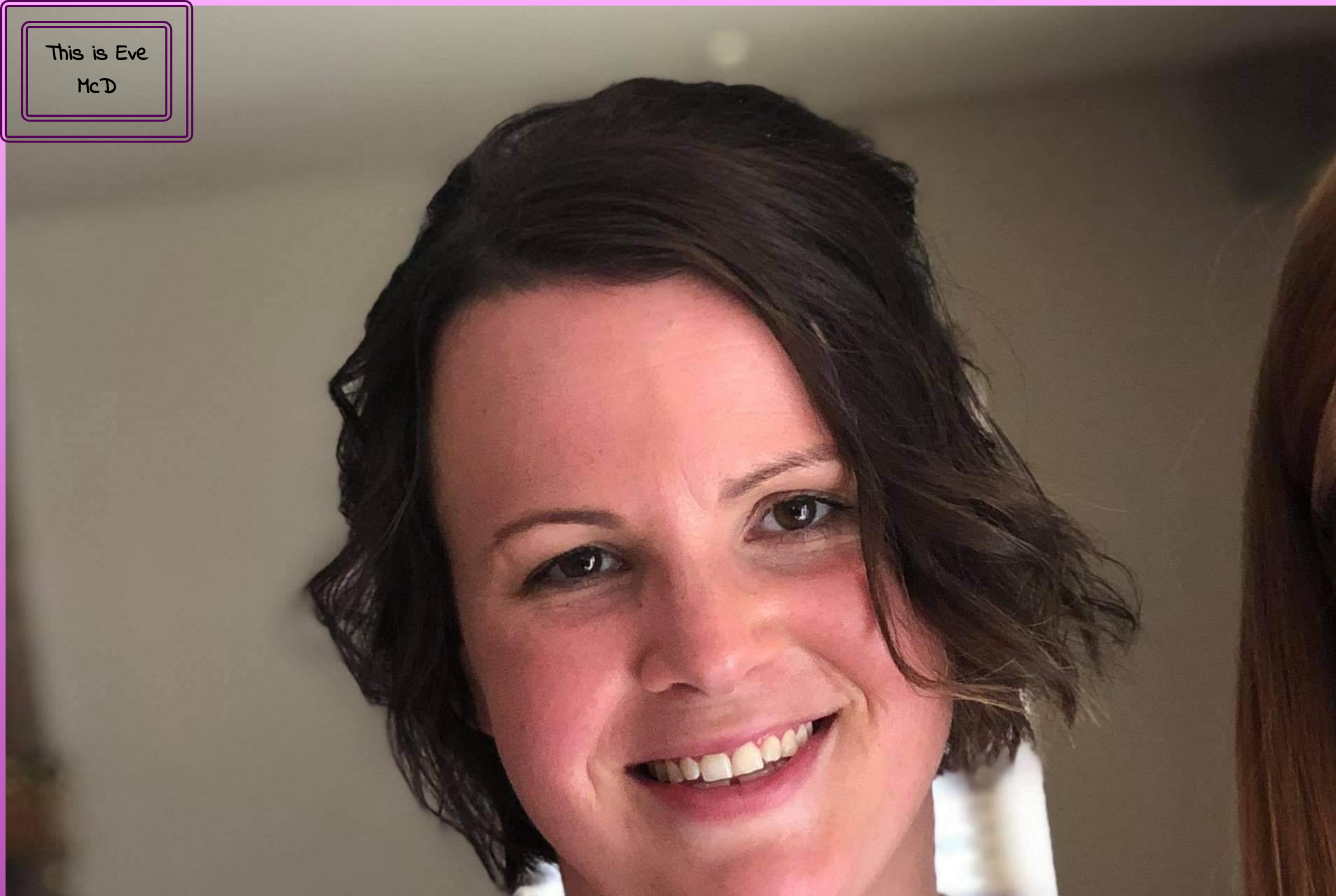
Repository: evemcd/Strive-Ignite-W1
Page: index.html
An editor plug-in stored every save of this project. The page is shown before and after the next save, followed by the edit.
The browser window is 1280 px wide. The page is 1909 px wide, then 1280 px, so the pictures cover 1909 px, including what lies to the right of the window. The pictures show the part of the page from y = 0 to 1280 px (the page is 2483 px tall before and 839 px after), at 70% of full size.

Above is the page before, as saved 2021-01-17 20:31:55.

After the next save:
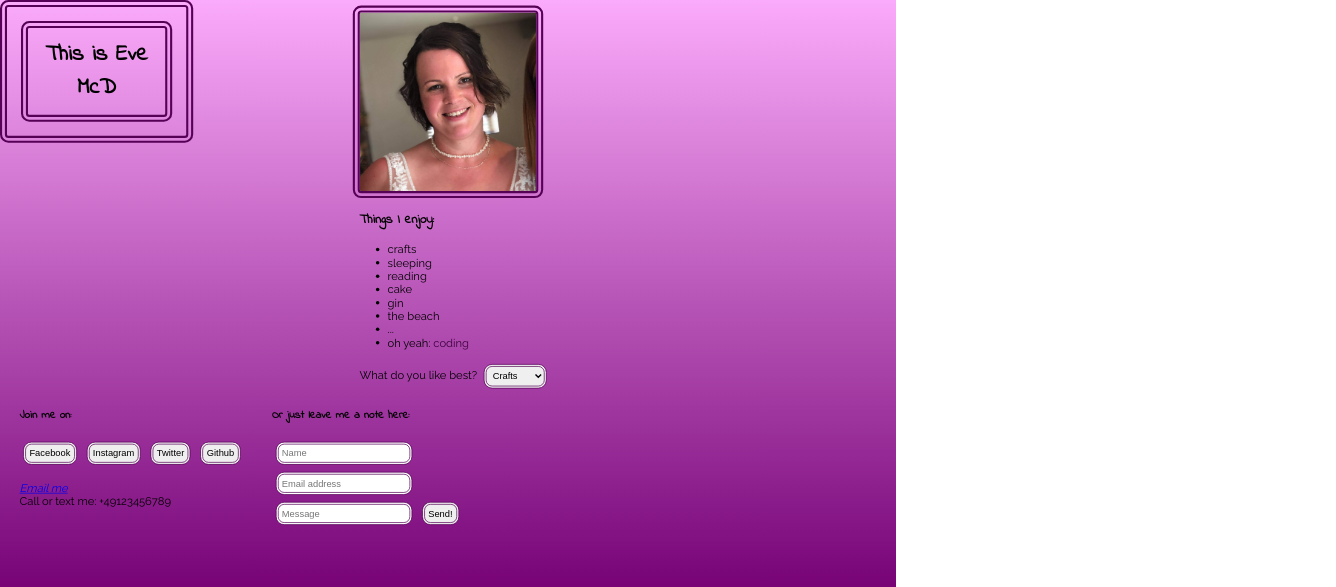
Saved 39 s later.
--- a/styles.css
+++ b/styles.css
@@ -39,14 +39,14 @@ h6 {
     text-align: center;
 }
 
-/* .center {
+.center {
     display: block;
     margin-left: auto;
     margin-right: auto;
     width: 20%;
     border: 10px double rgb(85, 1, 85);
     border-radius: 12px;
-} */
+}
 
 /* #header {
     width: 100%;
